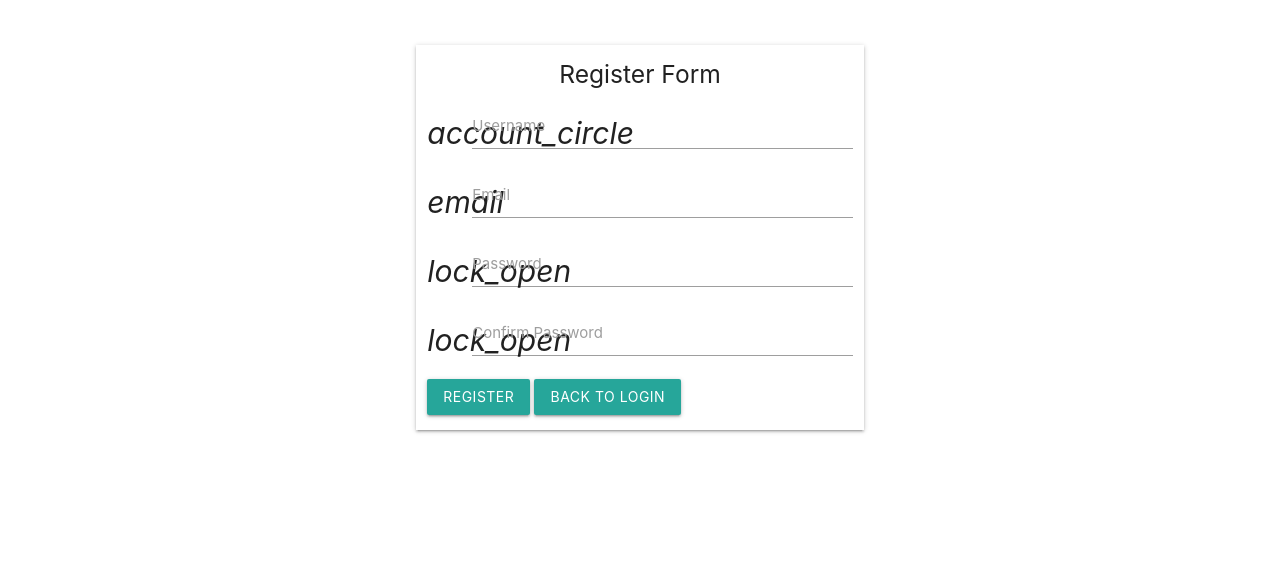
Repository: thdal/Atelier_JEE_16_02
Page: http://localhost/Atelier_JEE_16_02/WEB-INF/pages/connexion/FormRegister.jsp
The author's editor kept a copy of each file at every save. The page is drawn from the files as they stood at one save, then again after the next save.
The browser window is 1280 px wide. The pictures show the whole page.
The page is served by Tomcat 9. Nobody is signed in. Other server files are loaded and not shown. The template is opened directly, without the code that normally fills it, so the values that code supplies are empty.

Above is the page before, as saved 2021-02-22 07:10:58.

### Atelier_JEE_16_02/src/main/webapp/WEB-INF/pages/connexion/FormRegister.jsp
<%@ page language="java" contentType="text/html; charset=ISO-8859-1"
    pageEncoding="ISO-8859-1"%>
<!DOCTYPE>
<html>
<head>
<link rel="stylesheet" href="https://cdnjs.cloudflare.com/ajax/libs/materialize/1.0.0/css/materialize.min.css">
	  <link href="https://fonts.googleapis.com/icon?family=Material+Icons" rel="stylesheet">
<meta http-equiv="Content-Type" content="text/html; charset=ISO-8859-1">
<title>Formulaire d'enregistrement</title>
</head>
<body>
<div class="container">
      <div style="margin-top: 5%;" class="row">
          <div class="col s6 offset-s3 z-depth-1" id="panell">
            <h5 style="text-align: center;" id="title">Register Form</h5>
            <form>

        <div class="input-field" id="username">
        	 <i class="material-icons prefix">account_circle</i>
	         <input  type="text" class="validate">
	         <label for="username">Username</label>
        </div>
        <div class="input-field" id="username">
             <i class="material-icons prefix">email</i>
	         <input  type="text" class="validate">
	         <label for="username">Email</label>
        </div>
        <div class="input-field" id="password">
            <i class="material-icons prefix">lock_open</i>
            <input  type="password" class="validate">
            <label for="password">Password</label>
        </div>
        <div class="input-field" id="password">
            <i class="material-icons prefix">lock_open</i>
            <input  type="password" class="validate">
            <label for="password">Confirm Password</label>
        </div>
        <a class="waves-effect waves-light btn" id="loginbtn">Register</a>
        <a href="connexion" class="waves-effect waves-light btn" id="loginbtn">Back to login</a>

        </form>

        </div>
      </div>

    </div>

</body>
    <script src="https://cdnjs.cloudflare.com/ajax/libs/materialize/1.0.0/js/materialize.min.js"></script>
</html>

After the next save:
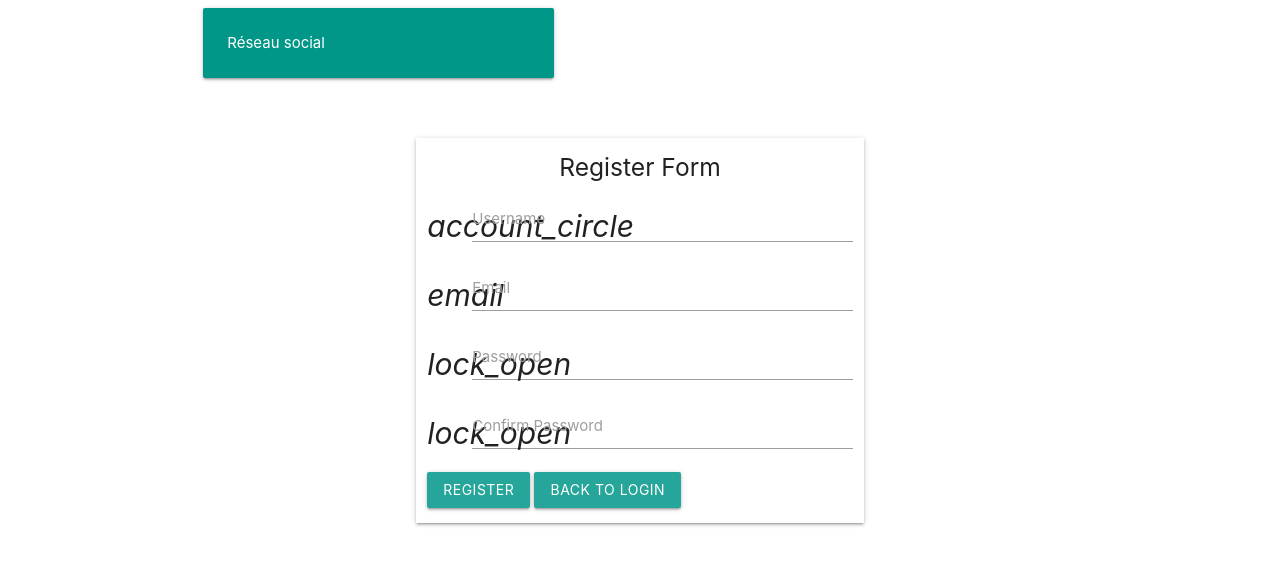
Saved 81 s later.
--- a/Atelier_JEE_16_02/src/main/webapp/WEB-INF/pages/connexion/FormRegister.jsp
+++ b/Atelier_JEE_16_02/src/main/webapp/WEB-INF/pages/connexion/FormRegister.jsp
@@ -10,6 +10,15 @@
 </head>
 <body>
 <div class="container">
+
+	    <div class="row">
+	      <div class="col s12 m5">
+	        <div class="card-panel teal">
+	          <span class="white-text">Réseau social</span>
+	        </div>
+	      </div>
+	    </div>
+
       <div style="margin-top: 5%;" class="row">
           <div class="col s6 offset-s3 z-depth-1" id="panell">
             <h5 style="text-align: center;" id="title">Register Form</h5>
